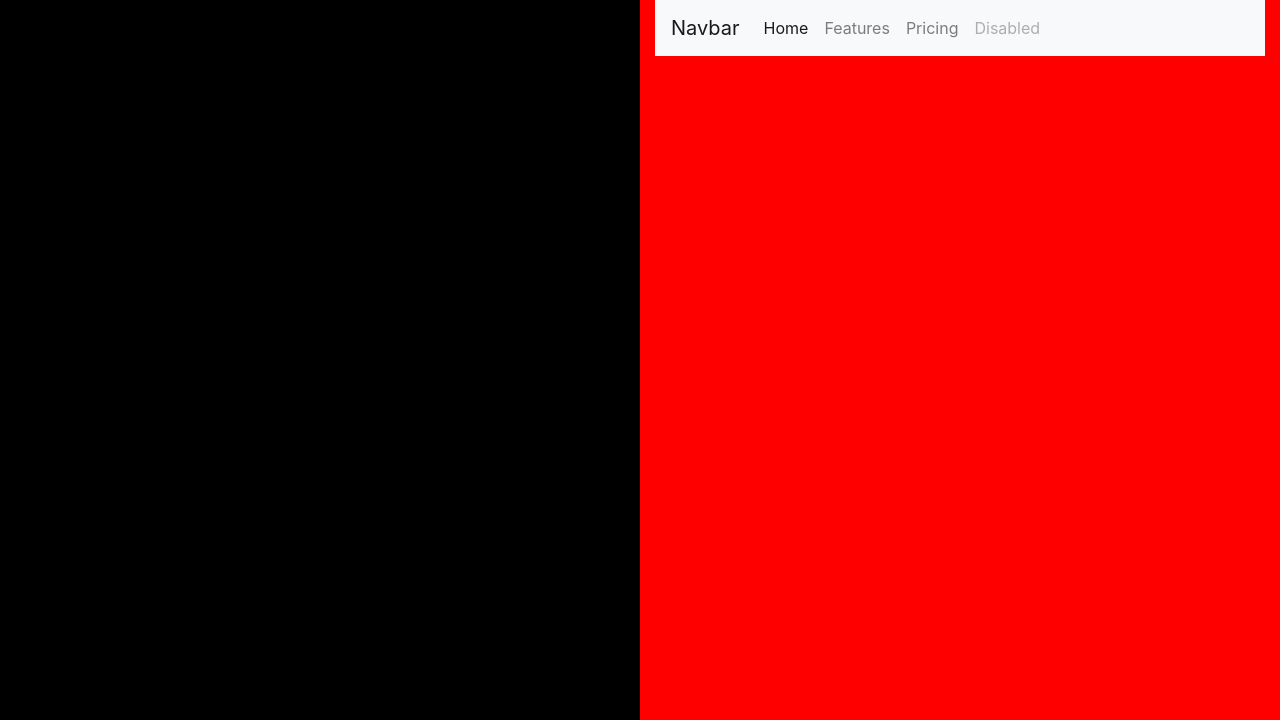
Repository: mamadont/MamadouFitnessWebsite
Page: index.html
These files come from the project's save history. The page is drawn as it stood at one moment and after the next save; the edit follows.
The browser window is 1280 px wide. The pictures show the whole page.
Some web libraries are served in a nearby version.

Above is the page before, as saved 2020-06-24 22:51:47.

### index.html
<!DOCTYPE html>
<html>

<head>
    <title>Mamadou Fitness</title>
    <link rel="stylesheet" href='./index.css'>
    <meta name="viewport" content="width=device-width, initial-scale=1.0">

    <!-- Bootstrap -->
    <link rel="stylesheet" href="https://stackpath.bootstrapcdn.com/bootstrap/4.5.0/css/bootstrap.min.css" integrity="sha384-9aIt2nRpC12Uk9gS9baDl411NQApFmC26EwAOH8WgZl5MYYxFfc+NcPb1dKGj7Sk" crossorigin="anonymous">

    <!-- Animate.CSS-->
    <link rel="stylesheet" href="https://cdnjs.cloudflare.com/ajax/libs/animate.css/4.0.0/animate.min.css" />
</head>

<body>
    <div class="container-fluid">
        <div class="row">
            <!-- Left Side -->
            <div id="leftSide" class="col col-lg-6"></div>
            <!-- Right Side -->
            <div id="rightSide" class="col col-lg-6">
                <nav class="navbar navbar-expand-lg navbar-light bg-light">
                    <a class="navbar-brand" href="#">Navbar</a>
                    <button class="navbar-toggler" type="button" data-toggle="collapse" data-target="#navbarNavAltMarkup" aria-controls="navbarNavAltMarkup" aria-expanded="false" aria-label="Toggle navigation">
                      <span class="navbar-toggler-icon"></span>
                    </button>
                    <div class="collapse navbar-collapse" id="navbarNavAltMarkup">
                        <div class="navbar-nav">
                            <a class="nav-item nav-link active" href="#">Home <span class="sr-only">(current)</span></a>
                            <a class="nav-item nav-link" href="#">Features</a>
                            <a class="nav-item nav-link" href="#">Pricing</a>
                            <a class="nav-item nav-link disabled" href="#">Disabled</a>
                        </div>
                    </div>
                </nav>
            </div>
            <!-- <div class="col col-lg-6">
                <img class=" align-items-center" id="takeflight-image" alt="Take Flight Logo" src="assets/takeflightfinal.PNG">
            </div> -->
        </div>
    </div>

    <!-- Necessary script tags for Bootstrap-->
    <script src="https://code.jquery.com/jquery-3.5.1.slim.min.js" integrity="sha384-DfXdz2htPH0lsSSs5nCTpuj/zy4C+OGpamoFVy38MVBnE+IbbVYUew+OrCXaRkfj" crossorigin="anonymous"></script>
    <script src="https://cdn.jsdelivr.net/npm/popper.js@1.16.0/dist/umd/popper.min.js" integrity="sha384-Q6E9RHvbIyZFJoft+2mJbHaEWldlvI9IOYy5n3zV9zzTtmI3UksdQRVvoxMfooAo" crossorigin="anonymous"></script>
    <script src="https://stackpath.bootstrapcdn.com/bootstrap/4.5.0/js/bootstrap.min.js" integrity="sha384-OgVRvuATP1z7JjHLkuOU7Xw704+h835Lr+6QL9UvYjZE3Ipu6Tp75j7Bh/kR0JKI" crossorigin="anonymous"></script>
</body>

</html>

### index.css
#leftSide {
    height: 100vh;
    width: 50vw;
    background-color: #000000;
}

#rightSide {
    height: 100vh;
    width: 50vw;
    background-color: #FF0000;
    float: right;
}

#takeflight-image {
    height: 500px;
    width: 500px;
}

After the next save:
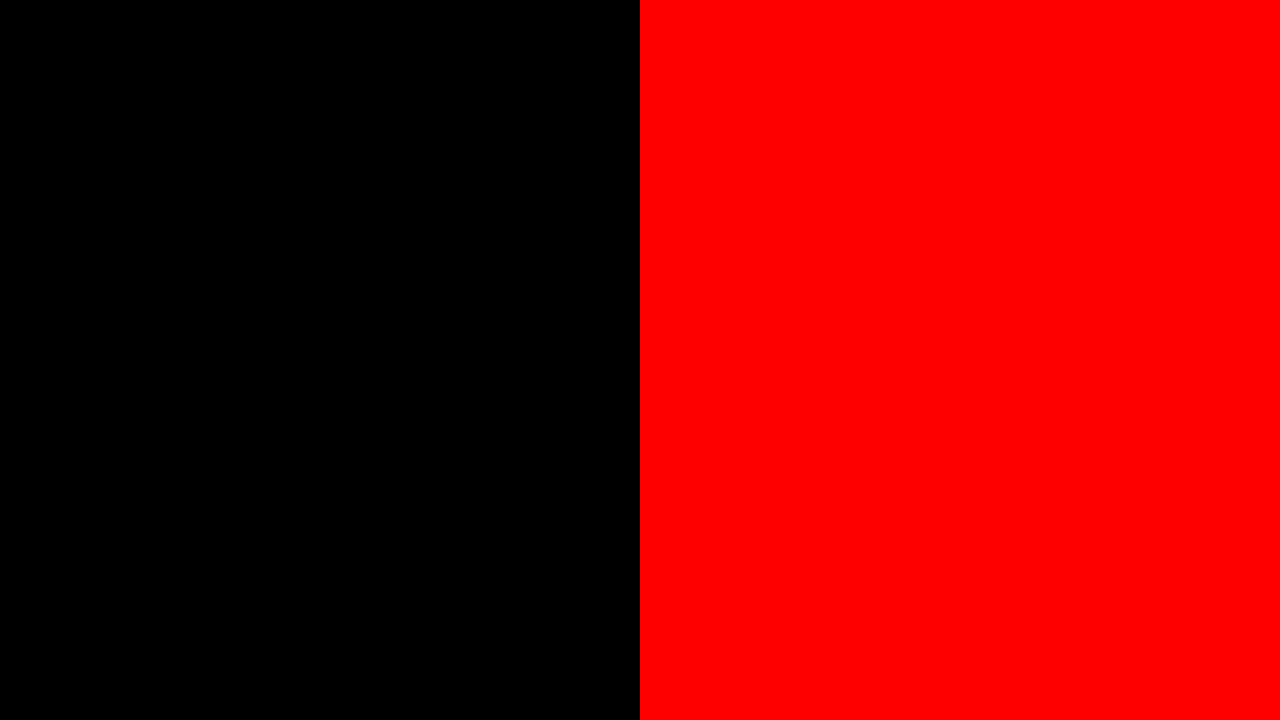
Saved 25 s later.
--- a/index.html
+++ b/index.html
@@ -20,20 +20,7 @@
             <div id="leftSide" class="col col-lg-6"></div>
             <!-- Right Side -->
             <div id="rightSide" class="col col-lg-6">
-                <nav class="navbar navbar-expand-lg navbar-light bg-light">
-                    <a class="navbar-brand" href="#">Navbar</a>
-                    <button class="navbar-toggler" type="button" data-toggle="collapse" data-target="#navbarNavAltMarkup" aria-controls="navbarNavAltMarkup" aria-expanded="false" aria-label="Toggle navigation">
-                      <span class="navbar-toggler-icon"></span>
-                    </button>
-                    <div class="collapse navbar-collapse" id="navbarNavAltMarkup">
-                        <div class="navbar-nav">
-                            <a class="nav-item nav-link active" href="#">Home <span class="sr-only">(current)</span></a>
-                            <a class="nav-item nav-link" href="#">Features</a>
-                            <a class="nav-item nav-link" href="#">Pricing</a>
-                            <a class="nav-item nav-link disabled" href="#">Disabled</a>
-                        </div>
-                    </div>
-                </nav>
+
             </div>
             <!-- <div class="col col-lg-6">
                 <img class=" align-items-center" id="takeflight-image" alt="Take Flight Logo" src="assets/takeflightfinal.PNG">
